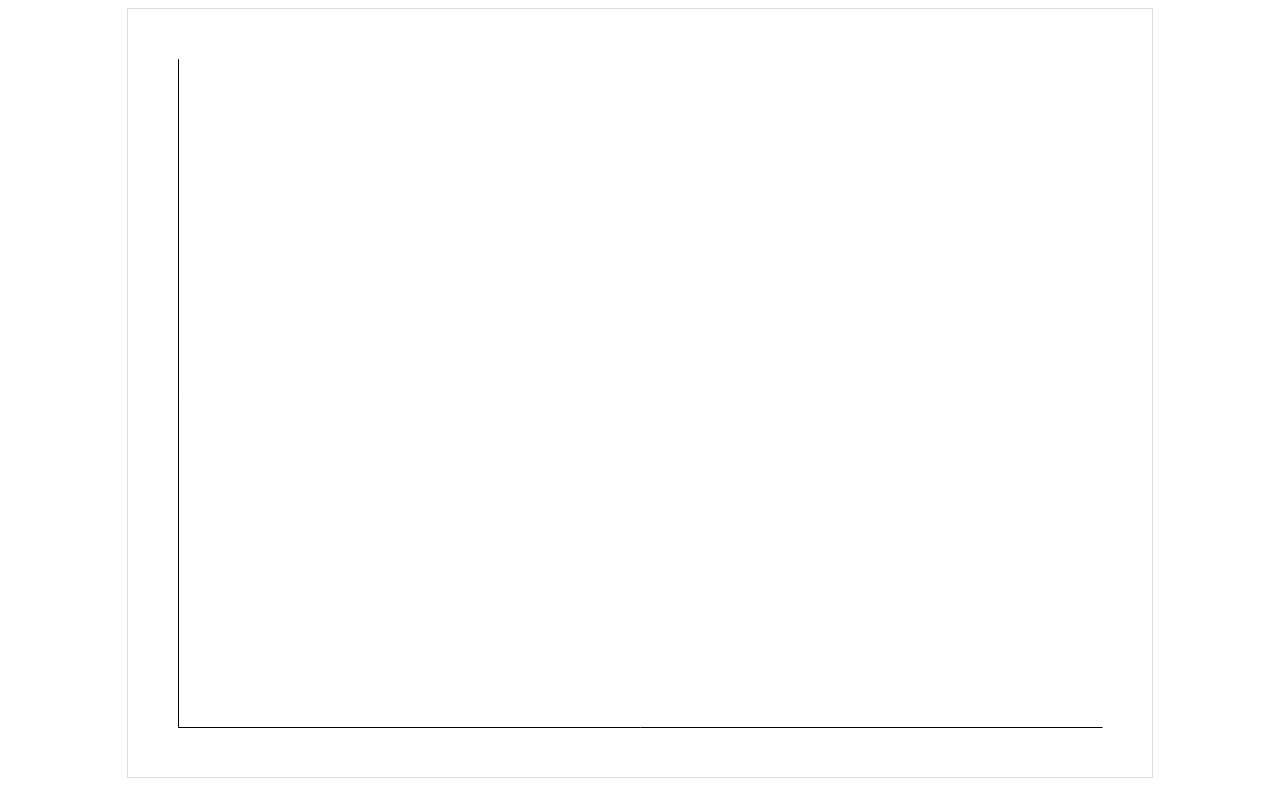
Repository: cw19931024/Demo
Page: canvas.html
An editor plug-in stored every save of this project. The page is shown before and after the next save, followed by the edit.
The browser window is 1280 px wide. The pictures show the whole page.

Above is the page before, as saved 2017-07-26 17:55:41.
Console error: ReferenceError: data is not defined

### canvas.html
<!DOCTYPE html>
<html lang="en">
    <head>
        <title></title>
        <meta charset="UTF-8">
        <meta name="viewport" context="width=device-width, initial-scale=1">
        <style>
            canvas{margin: 0 auto;border: 1px solid #ddd;width: 1024px; height:768px;}
            .tac{text-align: center;}
        </style>
    </head>
    <body>
        <div class="tac">
            <canvas id="canvas" width="1024" height="768"></canvas>
        </div>
    </body>
    <script>
        var canvas = document.getElementById('canvas');
        var context =canvas.getContext('2d');
        var width = canvas.width;
        var height =canvas.height;
        var padding = 50;

        //y轴线
        context.beginPath();
        context.lineWidth=1;
        context.moveTo(padding+0.5,height - padding+0.5);
        context.lineTo(padding+0.5,padding + 0.5);
        context.stroke();

        //x轴线
        context.moveTo(padding + 0.5,height -padding+0.5);
        context.lineTo(width -padding + 0.5,height -padding+0.5)
        context.stroke();

        var Number = 5;             //y轴的段数
        var yLength = Math.floor(height -padding*2/Number);
        var xLength = Math.floor(width -padding*2/data.length);


    </script>
</html>

After the next save:
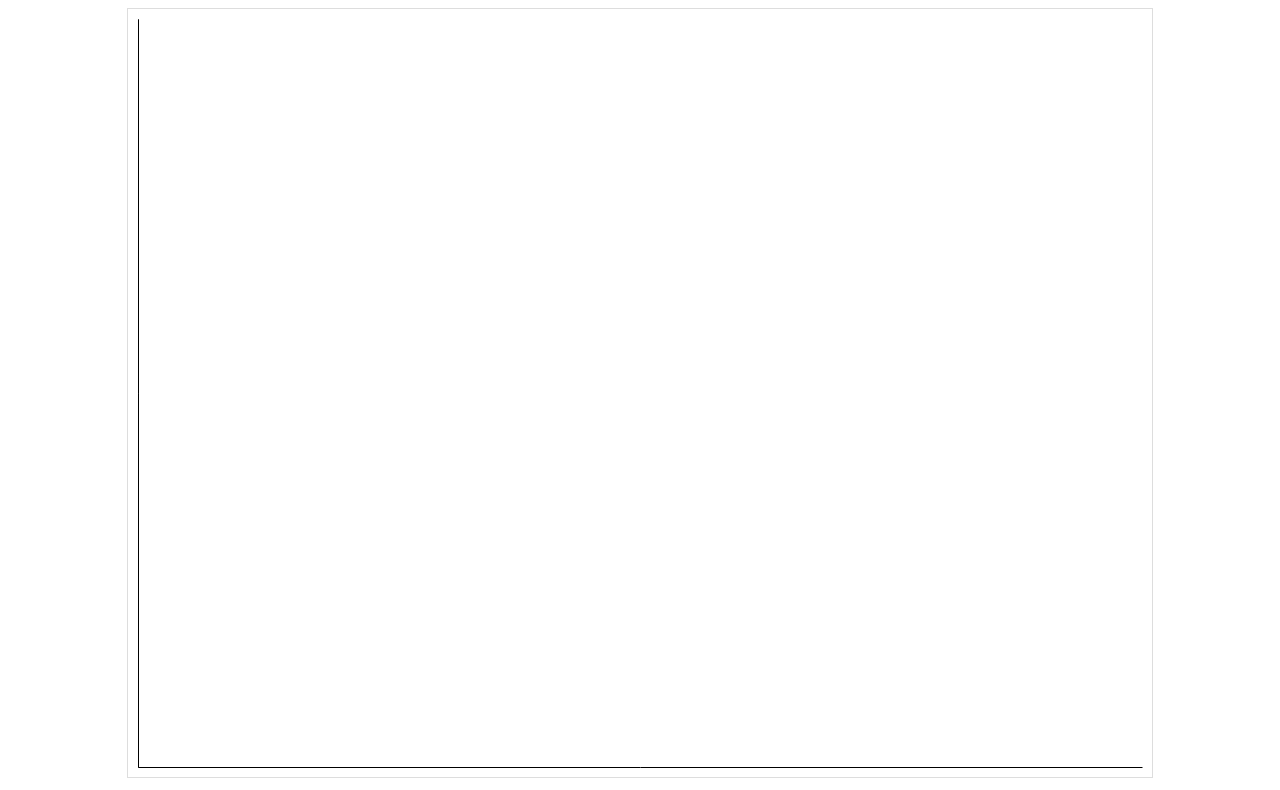
Saved 14 s later.
--- a/canvas.html
+++ b/canvas.html
@@ -19,7 +19,7 @@
         var context =canvas.getContext('2d');
         var width = canvas.width;
         var height =canvas.height;
-        var padding = 50;
+        var padding = 10;
 
         //y轴线
         context.beginPath();
